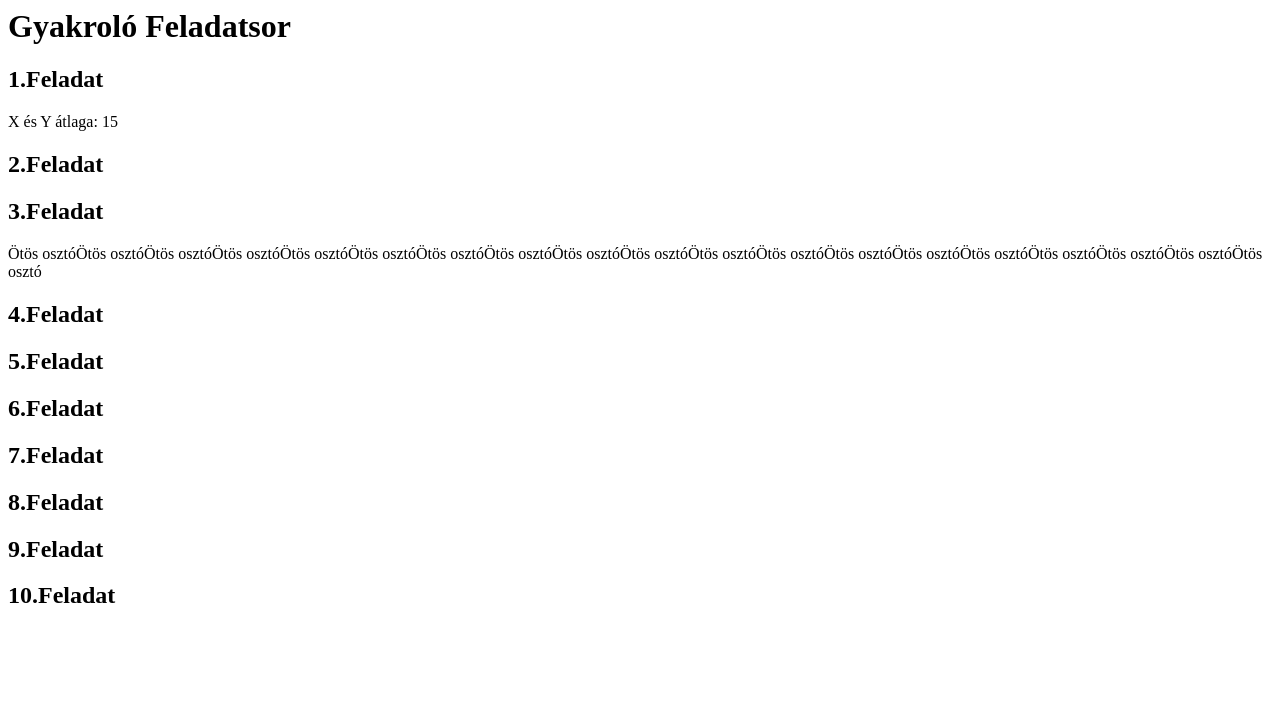
Repository: doomhyena/htdocs
Page: http://localhost/00.Home/02.masodikresz.php
The author's editor kept a copy of each file at every save. The page is drawn from the files as they stood at one save, then again after the next save.
The browser window is 1280 px wide. The pictures show the whole page.
The page is run by PHP 8.4 with error messages shown; the project is at /var/www/html/.

Above is the page before, as saved 2024-09-17 15:00:34.

After the next save:
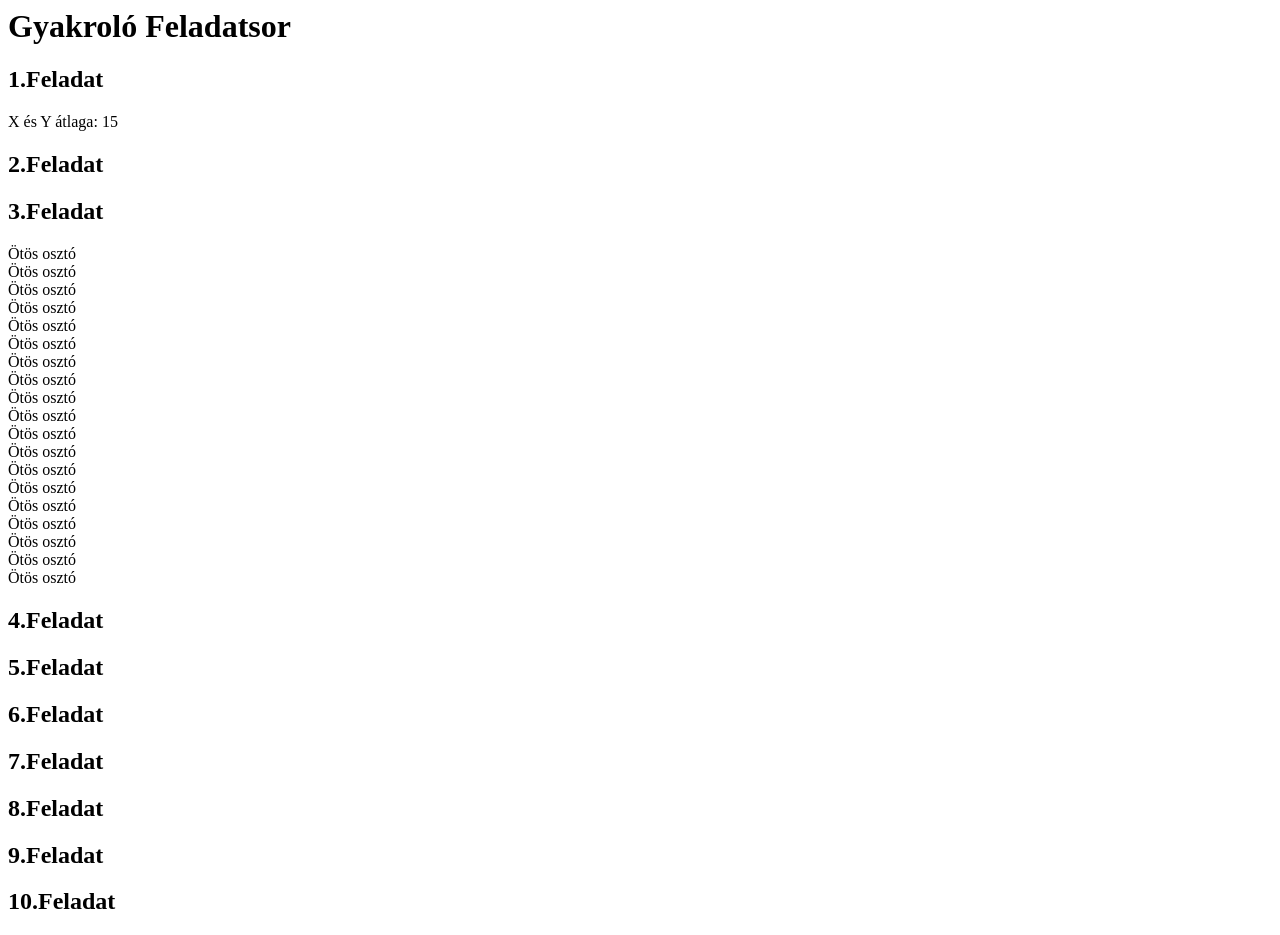
Saved 7 s later.
--- a/00.Home/02.masodikresz.php
+++ b/00.Home/02.masodikresz.php
@@ -47,7 +47,7 @@ echo "<h2> 3.Feladat </h2>";
 
 for ($i = 0; $i < 20; $i++) {
     if ($i/5) {
-        echo "Ötös osztó";
+        echo "Ötös osztó <br>";
     }
 }
 
